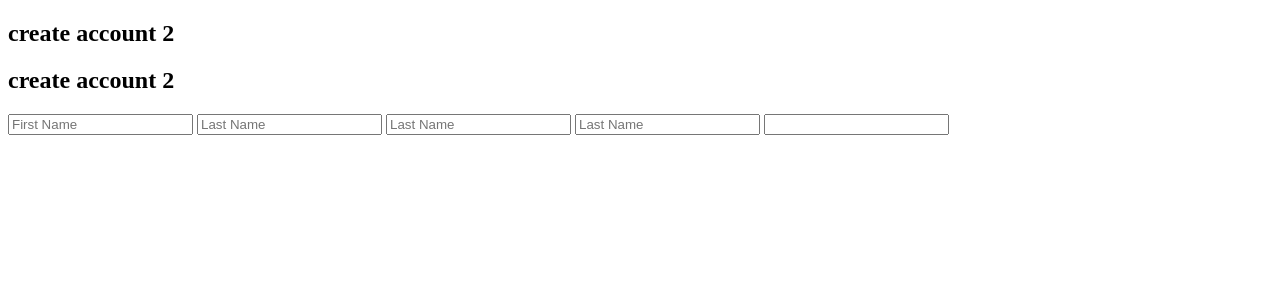
Repository: KolawoleTemilade/classroom-learning
Page: introducingDom/index.html
These files come from the project's save history. The page is drawn as it stood at one moment and after the next save; the edit follows.
The browser window is 1280 px wide. The pictures show the whole page.

Above is the page before, as saved 2025-09-25 00:19:45.

After the next save:
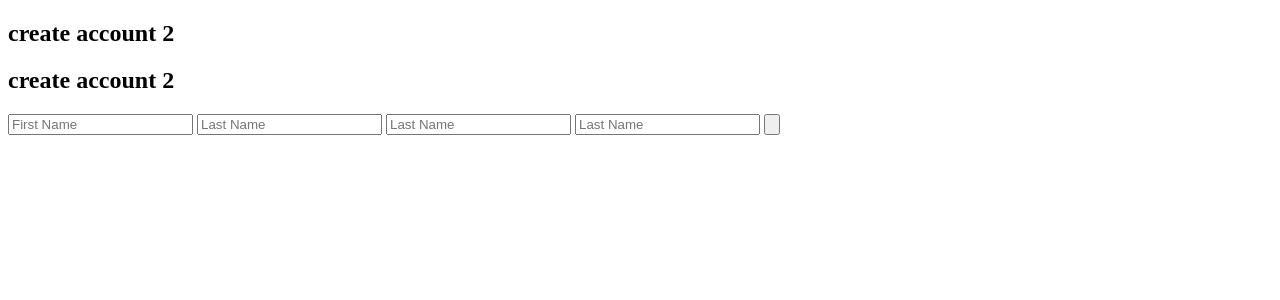
Saved 4 s later.
--- a/introducingDom/index.html
+++ b/introducingDom/index.html
@@ -18,7 +18,7 @@
     <input type="email" id="userEmail" placeholder="Last Name" />
     <input type="password" id="userPassword" placeholder="Last Name" />
 
-    <input type="but" name="" id="">
+    <input type="button" name="" id="">
 
     <script src="./dom.js"></script>
   </body>
